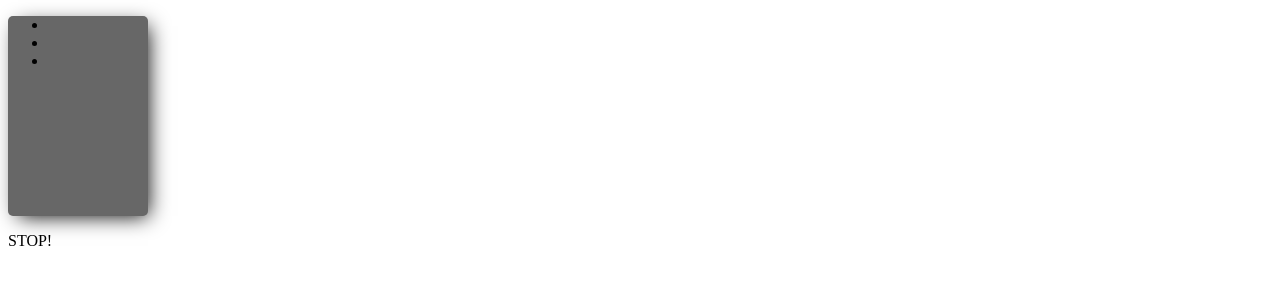
Repository: DoruFurtuna/skillup-semaphore-homework
Page: index.html
An editor plug-in stored every save of this project. The page is shown before and after the next save, followed by the edit.
The browser window is 1280 px wide. The pictures show the whole page.

Above is the page before, as saved 2019-07-16 08:01:54.

### index.html
<!DOCTYPE html>
<html>
  <head>
    <title>Semaphore example</title>
    <link rel="stylesheet" href="./styles.css" />
    <script src="./scripts.js"></script>
  </head>
  <body>
    <ul id="semaphore">
      <li class="red"></li>
      <li class="yellow"></li>
      <li class="green"></li>
    </ul>
    <div id="message">STOP!</div>
  </body>
</html>

### styles.css
#semaphore {
  height: 200px;
  width: 100px;
  background: #676767;
  border-radius: 5px;
  box-shadow: 5px 5px 20px -5px black;
  cursor: pointer;
}

Loaded but not shown: scripts.js (no stored copy; drawn as an empty file)

After the next save:
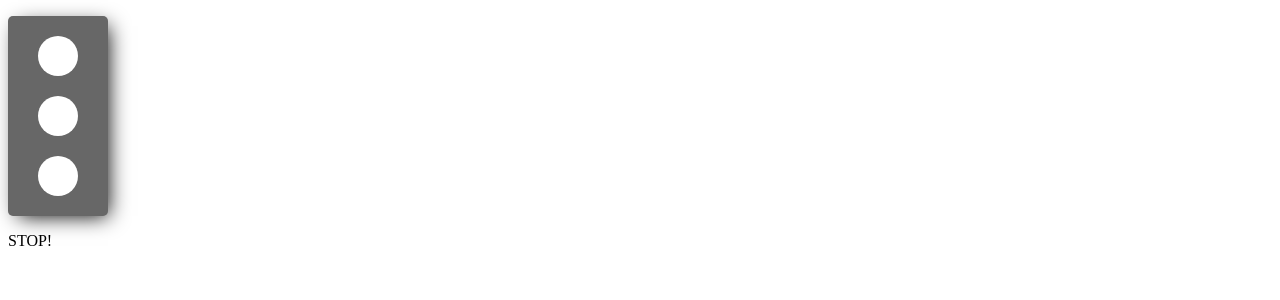
Saved 3 min 18 s later.
--- a/styles.css
+++ b/styles.css
@@ -5,4 +5,17 @@
   border-radius: 5px;
   box-shadow: 5px 5px 20px -5px black;
   cursor: pointer;
+  list-style: none;
+  display: flex;
+  flex-direction: column;
+  align-items: center;
+  padding: 0;
+  justify-content: space-evenly;
 }
+
+#semaphore li {
+  height: 40px;
+  width: 40px;
+  background: white;
+  border-radius: 100%;
+}
